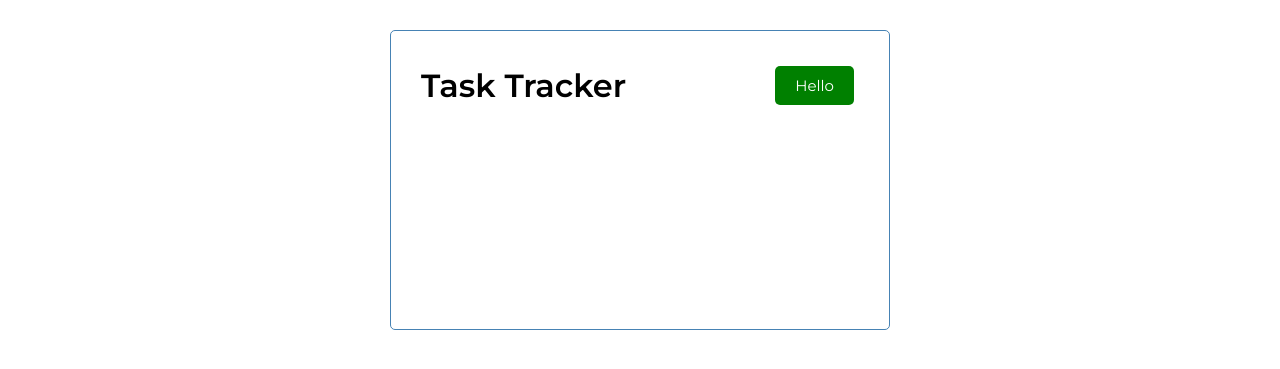
Repository: kate30980/task-tracker-reactjs
Page: /
An editor plug-in stored every save of this project. The page is shown before and after the next save, followed by the edit.
The browser window is 1280 px wide. The pictures show the whole page.
The project was rebuilt for these pictures with package versions that can differ from the ones it lists, and the page was loaded fresh each time.

Above is the page before, as saved 2021-09-19 15:05:10.

### public/index.html
<!DOCTYPE html>
<html lang="en">

<head>
  <meta charset="utf-8" />
  <link rel="icon" href="%PUBLIC_URL%/favicon.ico" />
  <meta name="viewport" content="width=device-width, initial-scale=1" />
  <meta name="theme-color" content="#000000" />
  <meta name="description" content="Web site created using create-react-app" />
  <link rel="apple-touch-icon" href="%PUBLIC_URL%/logo192.png" />
  <!--
      manifest.json provides metadata used when your web app is installed on a
      user's mobile device or desktop. See https://developers.google.com/web/fundamentals/web-app-manifest/
    -->
  <link rel="manifest" href="%PUBLIC_URL%/manifest.json" />
  <!--
      Notice the use of %PUBLIC_URL% in the tags above.
      It will be replaced with the URL of the `public` folder during the build.
      Only files inside the `public` folder can be referenced from the HTML.

      Unlike "/favicon.ico" or "favicon.ico", "%PUBLIC_URL%/favicon.ico" will
      work correctly both with client-side routing and a non-root public URL.
      Learn how to configure a non-root public URL by running `npm run build`.
    -->
  <title>Task Tracker</title>
</head>

<body>
  <noscript>You need to enable JavaScript to run this app.</noscript>
  <div id="root"></div>
  <!--
      This HTML file is a template.
      If you open it directly in the browser, you will see an empty page.

      You can add webfonts, meta tags, or analytics to this file.
      The build step will place the bundled scripts into the <body> tag.

      To begin the development, run `npm start` or `yarn start`.
      To create a production bundle, use `npm run build` or `yarn build`.
    -->
</body>

</html>

### src/index.css

@import url('https://fonts.googleapis.com/css2?family=Montserrat:wght@300;400;600&display=swap');

*{
  box-sizing: border-box;
  margin:0;
  padding:0;
}

body {
  font-family: 'Montserrat', sans-serif;
}

.container {
  max-width: 500px;
  margin: 30px auto;
  overflow: auto;
  min-height: 300px;
  border: 1px solid steelblue;
  padding: 30px;
  border-radius: 5px;
}
.header{
  display: flex;
  justify-content: space-between;
  align-items: center;
  margin-bottom: 20px;
}
.btn{
  display: inline-block;
  background: #000;color: #fff;
  border: none;
  padding: 10px 20px;
  margin: 5px;
  border-radius:5px;
  cursor: pointer;
  text-decoration: none;
  font-size: 15px;
  font-family: inherit;
}
.btn:focus{
  outline: none;
}
.btn:active{
  transform:scale(0.98);
}
.btn-block{
  display: block;
  width: 100%;
}
.event{
  background:#f4f4f4;
  margin: 5px;
  padding: 10px 20px;
  cursor: pointer;
}
.event .reminder{
  border-left: 5px solid green;
}
.event h3{
  display: flex;
  align-items:center;
  justify-content: space-between;
}
.add-form{
  margin-bottom: 40px;
}
.from-control{
  margin: 20px 0;
}
.from-control label {
  display: block;
}
.from-control input{
  width: 100%;
  height: 40px;
  margin: 5px;
  padding: 3px 7px;
  font-size: 17px;
}
.form-control-check{
  display: flex;
  align-items: center;
  justify-content: space-between;
}
.form-control-check label{
  flex: 1;
}
.form-control-check input {
  flex: 2;
  height: 20px;
}
footer{
  margin-top: 30px;
  text-align: center;
}

### src/components/Header.js
import PropTypes from "prop-types";
import Button from "./Button";

const Header = ({ title }) => {
  return (
    <header className="header">
      <h1>{title}</h1>
      <Button color="green" text="Hello" />
    </header>
  );
};

Header.defaultProps = {
  title: "Task Tracker",
};

Header.propTypes = {
  title: PropTypes.string.isRequired,
};

export default Header;

### src/components/Button.js
const Button = ({ color, text }) => {
  return (
    <button style={{ backgroundColor: color }} className="btn">
      {text}
    </button>
  );
};

export default Button;

Loaded but not shown: src/index.js (common file); src/App.js (common file); src/reportWebVitals.js (common file)

After the next save:
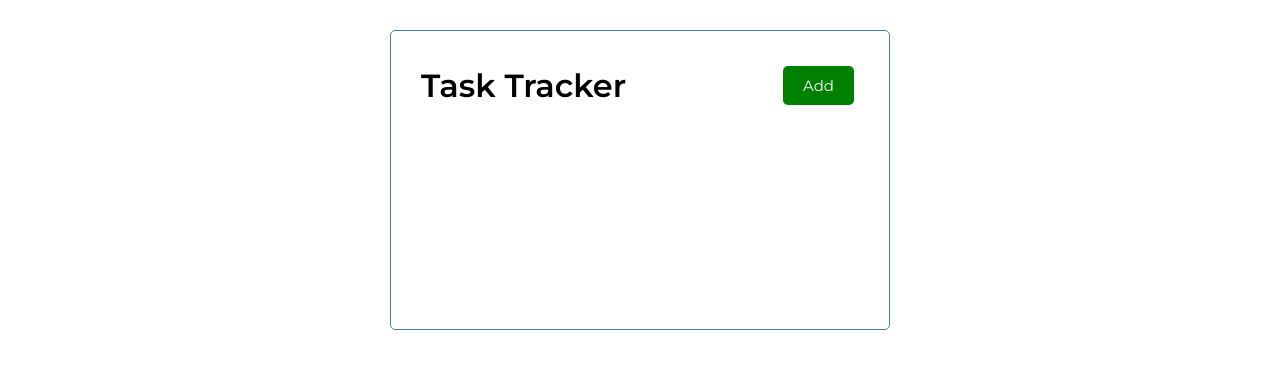
Saved 30 s later.
--- a/src/components/Header.js
+++ b/src/components/Header.js
@@ -5,7 +5,7 @@ const Header = ({ title }) => {
   return (
     <header className="header">
       <h1>{title}</h1>
-      <Button color="green" text="Hello" />
+      <Button color="green" text="Add" />
     </header>
   );
 };
